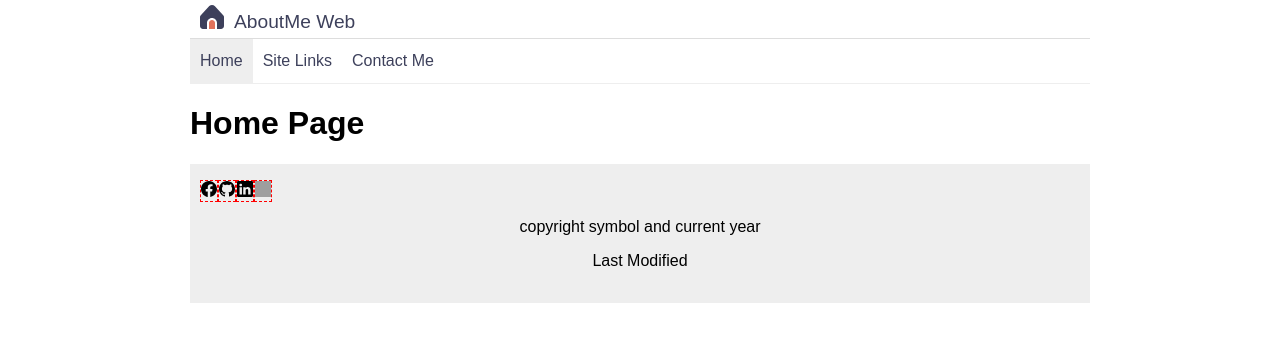
Repository: JoyUdoh106/wdd231
Page: index.html
The author's editor kept a copy of each file at every save. The page is drawn from the files as they stood at one save, then again after a run of saves.
The browser window is 1280 px wide. The pictures show the whole page.
Pictures or frames that could not be fetched are drawn as grey boxes.

Above is the page before, as saved 2026-01-10 20:18:49.

### index.html
<!DOCTYPE html>
<html lang="en">
<head>
    <meta charset="UTF-8">
    <meta name="viewport" content="width=device-width, initial-scale=1.0">
    <title>Joy Paulinus Udoh Site | Home Page</title>
    <meta name="description" content="My Site">
    <meta name="author" content="Joy Paulinus Udoh">

    <!-- Style Sheets Here -->
    <link rel="stylesheet" href="styles/base.css">
    <link rel="stylesheet" href="styles/larger.css">
    <link rel="stylesheet" href="styles/normalize.css">

</head>
<body>
    <header>
        <img src="images/home.svg" alt="Site Logo" width="512" height="512">
        <span>AboutMe Web</span>
        <button id="ham-btn" class="hamburger"></button>
    </header>
    <nav id="nav-bar" class="navigation">
        <ul>
            <li class="current"><a href="#">Home</a></li>
            <li><a href="#">Site Links</a></li>
            <li><a href="#">Contact Me</a></li>
        </ul>
    </nav>
    <main>
        <h1>Home Page</h1>
    </main>
    <footer>
        <div class="social">
            <a href="" target="_blank"><img src="images/facebook.svg" alt="facebook" width="16" height="16"></a>
            <a href="" target="_blank"><img src="images/github.svg" alt="github" width="16" height="16"></a>
            <a href="" target="_blank"><img src="images/linkedin.svg" alt="" width="16" height="16"></a>
            <a href="" target="_blank"><img src="images/microsoft-teams.svg" alt="" width="16" height="16"></a>
        </div>
        <p>copyright symbol and current year</p>
        <p>Last Modified</p>
    </footer>
    <script src="scripts/navigation.js"></script>
</body>
</html>

### styles/base.css
/* --------- Color Scheme ----------
terra cotta #E2725B
deep slate blue #3D405B,
*/

/********************** SITE WIDE *************************/
* {
    font-family: "Josefin Sans", sans-serif;
    box-sizing: border-box;
}

/********************* HEADER *********************/
header {
    display: grid;
    grid-template-columns: 24px auto 44px;
    padding: 5px 0 5px 10px;
    align-items: end;
    border-bottom: solid 1px #ddd;
    column-gap: 10px;
}

header img {
    display: block;
    width: 100%;
    height: auto;
    padding-bottom: 4px;
}

header span {
    font-size: 1.2rem;
    color: #3D405B;
}

/********************* HAMBURGER *********************/
.hamburger {
    background-color: none;
    border: none;
    font-size: 2rem;
    color: #3D405B;
    cursor: pointer;
    font-family: Verdana, Geneva, Tahoma, sans-serif;
}

.hamburger::before {
    content: "\2630";
}

.hamburger.show::before {
    content: "\00D7";
}

/********************* NAVIGATION *********************/
.navigation {
    display: none;
}

.navigation.show {
    display: block;
}

.navigation ul {
    list-style-type: none;
    margin: 0;
    padding: 0;
}

.navigation a {
    display: block;
    padding: .8rem 10px;
    color: #3D405B;
    text-decoration: none;
    border-bottom: solid 1px #ddd;
}

.navigation li.current {
    background-color: #eee;
}

.navigation a:hover {
    background-color: #E2725B;
}


h1 {
    margin-left: 10px;
}

/************************** FOOTER **************************/
footer {
    background-color: #eee;
    padding: 1rem 10px;
    text-align: center;
}

.social {
display: flex;
}

.social a {
    display: block;

    border: red dashed 1px;
}

### styles/larger.css
@media only screen and (min-width: 38rem) {
    header, main, nav, footer {
        max-width: 900px;
        margin: 0 auto;
    }


    header {
        grid-template-columns: 24px auto;
    }

    .hamburger {
        display: none;
    }


    .navigation {
        display: block;
        border-bottom: solid 1px #eee;
    }

    .navigation ul {
        display: flex;
    }

    .navigation a {
        border: none;
    }

}

### images/home.svg
<?xml version="1.0" encoding="UTF-8"?>
<!-- Generator: Adobe Illustrator 25.0.0, SVG Export Plug-In . SVG Version: 6.00 Build 0)  -->
<svg xmlns="http://www.w3.org/2000/svg" xmlns:xlink="http://www.w3.org/1999/xlink" version="1.1" id="Capa_1" x="0px" y="0px" viewBox="0 0 512 512" style="enable-background:new 0 0 512 512;" xml:space="preserve" width="512" height="512">
	<g>
		<path d="M362.667,383.841v128H448c35.346,0,64-28.654,64-64V253.26c0.005-11.083-4.302-21.733-12.011-29.696l-181.29-195.99    c-31.988-34.61-85.976-36.735-120.586-4.747c-1.644,1.52-3.228,3.103-4.747,4.747L12.395,223.5    C4.453,231.496-0.003,242.31,0,253.58v194.261c0,35.346,28.654,64,64,64h85.333v-128c0.399-58.172,47.366-105.676,104.073-107.044    C312.01,275.383,362.22,323.696,362.667,383.841z" fill="#3D405B"/>
		<path d="M256,319.841c-35.346,0-64,28.654-64,64v128h128v-128C320,348.495,291.346,319.841,256,319.841z" fill="#E2725B"/>
	</g>

</svg>

### scripts/navigation.js
// Store the selected elements that we are going to use
const navbutton = document.querySelector('#ham-btn');
const navlinks = document.querySelector('#nav-bar');

// Toggle the show class off and on
navbutton.addEventListener('click', () => {
    navbutton.classList.toggle('show');
    navlinks.classList.toggle('show');
});

### images/facebook.svg
<svg xmlns="http://www.w3.org/2000/svg" width="16" height="16" fill="currentColor" class="bi bi-facebook" viewBox="0 0 16 16">
  <path d="M16 8.049c0-4.446-3.582-8.05-8-8.05C3.58 0-.002 3.603-.002 8.05c0 4.017 2.926 7.347 6.75 7.951v-5.625h-2.03V8.05H6.75V6.275c0-2.017 1.195-3.131 3.022-3.131.876 0 1.791.157 1.791.157v1.98h-1.009c-.993 0-1.303.621-1.303 1.258v1.51h2.218l-.354 2.326H9.25V16c3.824-.604 6.75-3.934 6.75-7.951"/>
</svg>

### images/github.svg
<svg xmlns="http://www.w3.org/2000/svg" width="16" height="16" fill="currentColor" class="bi bi-github" viewBox="0 0 16 16">
  <path d="M8 0C3.58 0 0 3.58 0 8c0 3.54 2.29 6.53 5.47 7.59.4.07.55-.17.55-.38 0-.19-.01-.82-.01-1.49-2.01.37-2.53-.49-2.69-.94-.09-.23-.48-.94-.82-1.13-.28-.15-.68-.52-.01-.53.63-.01 1.08.58 1.23.82.72 1.21 1.87.87 2.33.66.07-.52.28-.87.51-1.07-1.78-.2-3.64-.89-3.64-3.95 0-.87.31-1.59.82-2.15-.08-.2-.36-1.02.08-2.12 0 0 .67-.21 2.2.82.64-.18 1.32-.27 2-.27s1.36.09 2 .27c1.53-1.04 2.2-.82 2.2-.82.44 1.1.16 1.92.08 2.12.51.56.82 1.27.82 2.15 0 3.07-1.87 3.75-3.65 3.95.29.25.54.73.54 1.48 0 1.07-.01 1.93-.01 2.2 0 .21.15.46.55.38A8.01 8.01 0 0 0 16 8c0-4.42-3.58-8-8-8"/>
</svg>

### images/linkedin.svg
<svg xmlns="http://www.w3.org/2000/svg" width="16" height="16" fill="currentColor" class="bi bi-linkedin" viewBox="0 0 16 16">
  <path d="M0 1.146C0 .513.526 0 1.175 0h13.65C15.474 0 16 .513 16 1.146v13.708c0 .633-.526 1.146-1.175 1.146H1.175C.526 16 0 15.487 0 14.854zm4.943 12.248V6.169H2.542v7.225zm-1.2-8.212c.837 0 1.358-.554 1.358-1.248-.015-.709-.52-1.248-1.342-1.248S2.4 3.226 2.4 3.934c0 .694.521 1.248 1.327 1.248zm4.908 8.212V9.359c0-.216.016-.432.08-.586.173-.431.568-.878 1.232-.878.869 0 1.216.662 1.216 1.634v3.865h2.401V9.25c0-2.22-1.184-3.252-2.764-3.252-1.274 0-1.845.7-2.165 1.193v.025h-.016l.016-.025V6.169h-2.4c.03.678 0 7.225 0 7.225z"/>
</svg>

Loaded but not shown: styles/normalize.css (library)

After the next 6 saves:
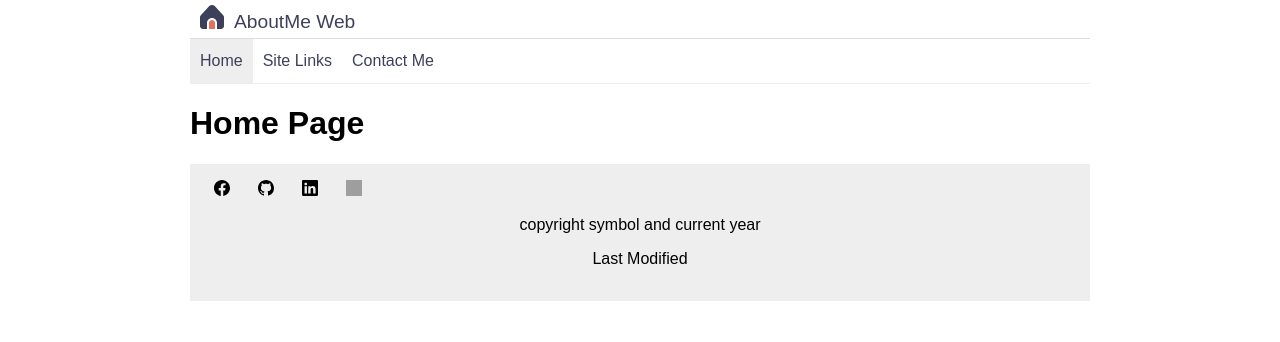
The 6 saves are shown as one change because they came seconds apart.
The last was saved 21 s later.
--- a/styles/base.css
+++ b/styles/base.css
@@ -98,6 +98,7 @@ display: flex;
 
 .social a {
     display: block;
-
+    width: 44px;
+    he
     border: red dashed 1px;
 }
